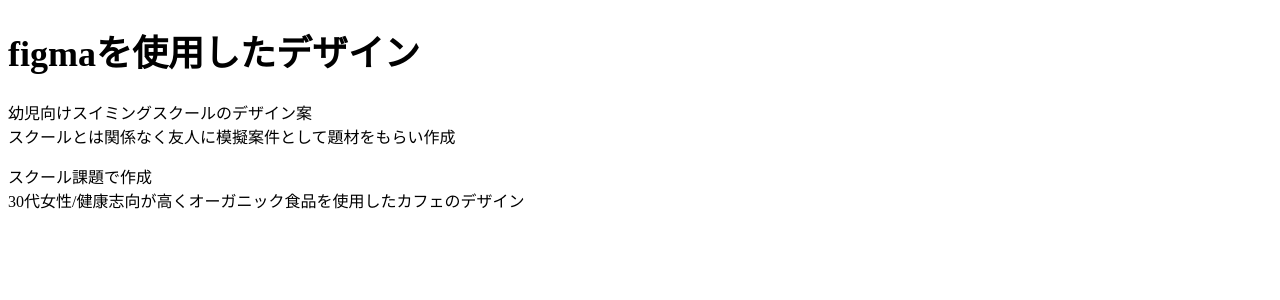
Repository: oninopantsu/onomann
Page: figma.html
These files come from the project's save history. The page is drawn as it stood at one moment and after a run of saves; the edit follows.
The browser window is 1280 px wide. The pictures show the whole page.

Above is the page before, as saved 2021-08-17 12:12:06.

### figma.html
<!DOCTYPE html>
<html lang="en">
<head>
  <meta charset="UTF-8">
  <meta http-equiv="X-UA-Compatible" content="IE=edge">
  <meta name="viewport" content="width=device-width, initial-scale=1.0">
  <link rel="stylesheet" href="figma/styles.css">
  <title>figmaを使用したデザイン</title>
</head>
<body>

</body>
</html>


<h1>figmaを使用したデザイン</h1>

<a href="https://www.figma.com/file/XY01fwkQDAkL8OazeEc67t/Untitled?node-id=0%3A1"></a>
<p>幼児向けスイミングスクールのデザイン案
  <br>スクールとは関係なく友人に模擬案件として題材をもらい作成
</p>

<a href="https://www.figma.com/file/KXfvIzwfq0REqEZ7dxTu8g/cafe-mona-p?node-id=0%3A1"></a>
<p>スクール課題で作成
  <br>30代女性/健康志向が高くオーガニック食品を使用したカフェのデザイン
</p>

### figma/styles.css
h1 {
  font-size: 36px;
}

After the next 2 saves:
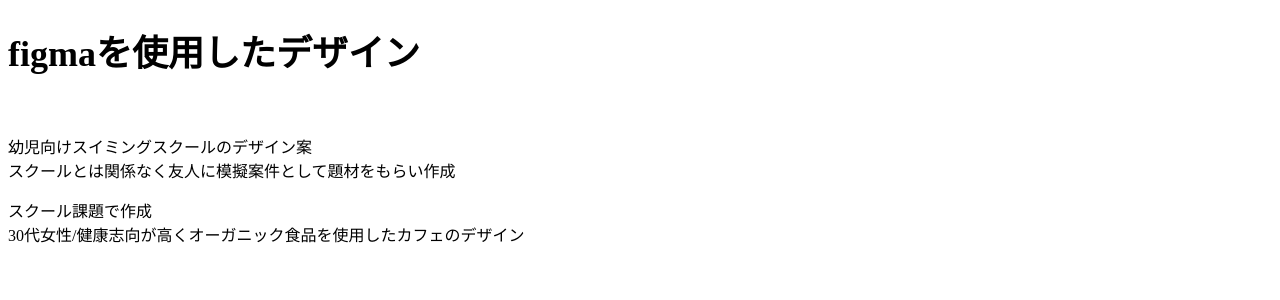
The 2 saves are shown as one change because they came seconds apart.
The last was saved 105 s later.
--- a/figma.html
+++ b/figma.html
@@ -15,7 +15,7 @@
 
 <h1>figmaを使用したデザイン</h1>
 
-<a href="https://www.figma.com/file/XY01fwkQDAkL8OazeEc67t/Untitled?node-id=0%3A1"></a>
+<a href="https://www.figma.com/file/XY01fwkQDAkL8OazeEc67t/Untitled?node-id=0%3A1"><img src="" alt=""></a>
 <p>幼児向けスイミングスクールのデザイン案
   <br>スクールとは関係なく友人に模擬案件として題材をもらい作成
 </p>
